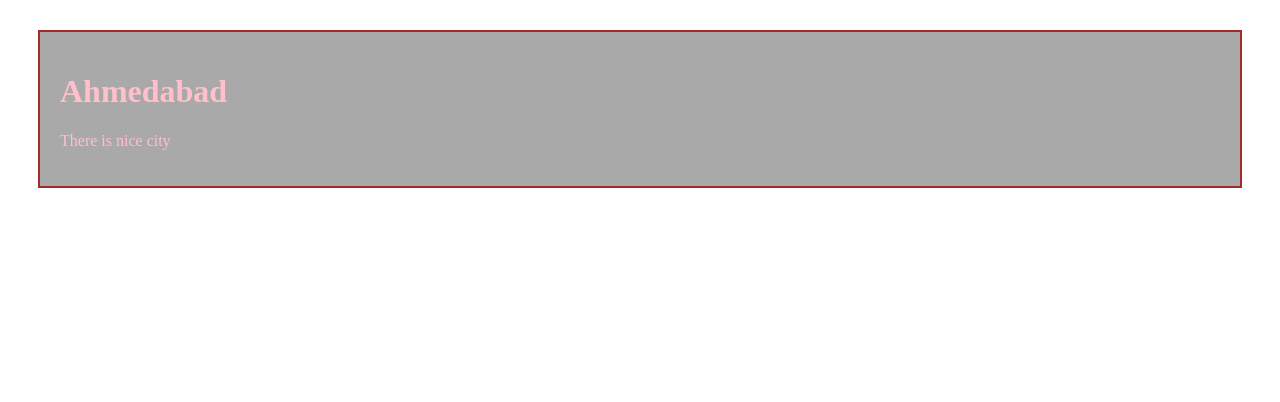
Repository: pratixa-chauhan/practice
Page: style/class.html
An editor plug-in stored every save of this project. The page is shown before and after the next save, followed by the edit.
The browser window is 1280 px wide. The pictures show the whole page.

Above is the page before, as saved 2021-12-17 12:31:45.

### style/class.html
<!DOCTYPE html>
<html>
    <head>
        <style>
            .city{
                background-color: darkgrey;
                color: pink;
                border: 2px solid brown;
                margin: 30px;
                padding: 20px;
                text: size 20px;

            }

        </style>

    </head>
    <body>
        <div class="city">
            <h1>Ahmedabad</h1>
            <p>There is nice city</p>
        </div>
    </body>
</html>

After the next save:
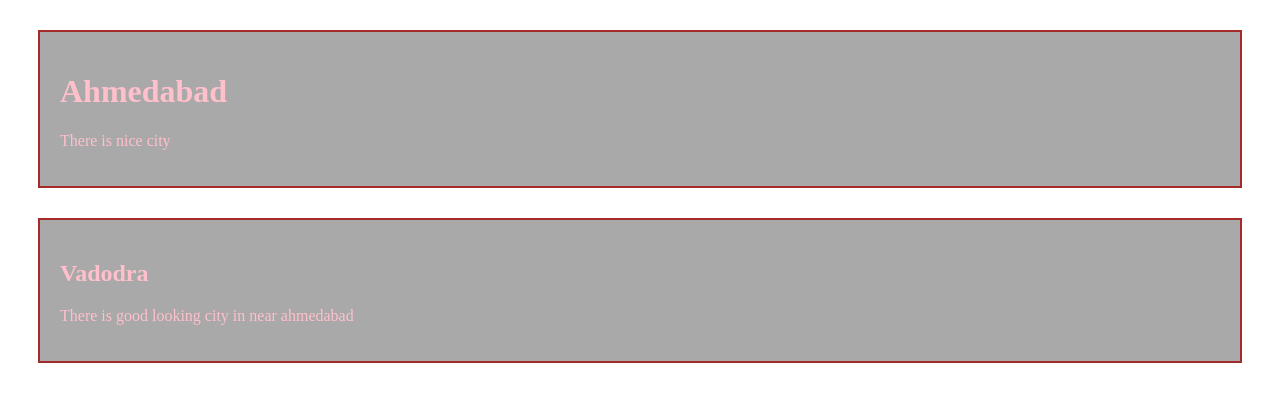
Saved 2 min 17 s later.
--- a/style/class.html
+++ b/style/class.html
@@ -8,7 +8,7 @@
                 border: 2px solid brown;
                 margin: 30px;
                 padding: 20px;
-                text: size 20px;
+
 
             }
 
@@ -20,5 +20,9 @@
             <h1>Ahmedabad</h1>
             <p>There is nice city</p>
         </div>
+        <div class="city">
+            <h2>Vadodra</h2>
+            <p>There is good looking city in near ahmedabad</p>
+        </div>
     </body>
 </html>
